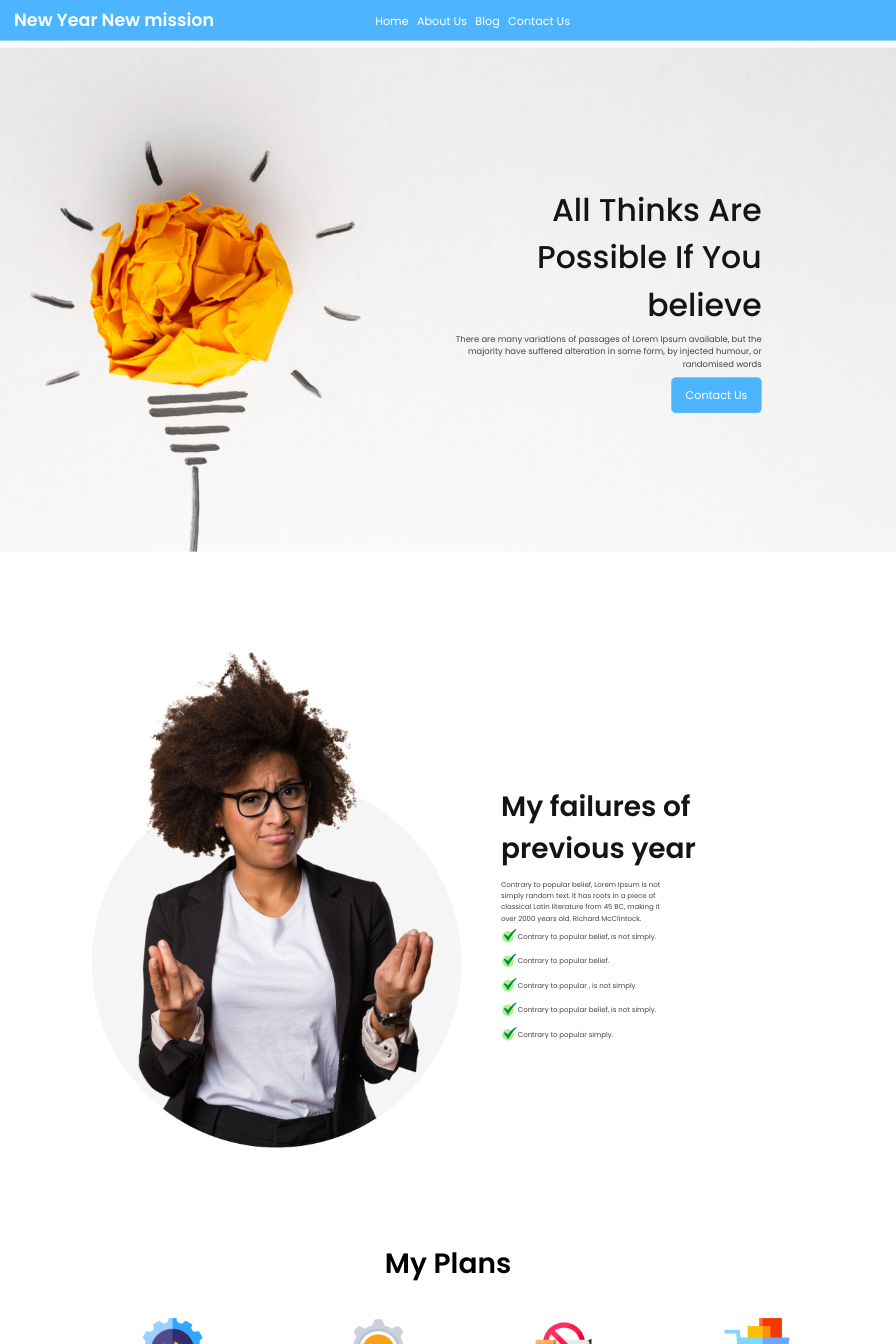
Repository: mdrubel02/new-year-new-mission
Page: index.html
These files come from the project's save history. The page is drawn as it stood at one moment and after the next save; the edit follows.
The browser window is 1280 px wide. The pictures show the part of the page from y = 0 to 1920 px (the page is 3948 px tall before and 4429 px after), at 70% of full size.

Above is the page before, as saved 2023-01-07 02:59:26.

### index.html
<!DOCTYPE html>
<html lang="en">

<head>
    <meta charset="UTF-8">
    <meta http-equiv="X-UA-Compatible" content="IE=edge">
    <meta name="viewport" content="width=device-width, initial-scale=1.0">
    <title>new-year-new-mission</title>
    <!-------- css link ---------->
    <link rel="stylesheet" href="/index.css">
</head>

<body>
    <header>
        <!---------------- navbar section----------- -->
        <nav class="navbar_section">
            <div class="bran_name">
                <h3>New Year New mission</h3>
            </div>
            <ul class="navbar_items">
                <li class="item"><span>Home</span></li>
                <li class="item"><span>About Us</span></li>
                <li class="item"><span>Blog</span></li>
                <li class="item"><span>Contact Us</span></li>
            </ul>
        </nav>
        <!--------- banner section --------->
        <section class="banner_section ">
            <div class="banner">
                <h1>All Thinks Are Possible If You believe</h1>
                <p>There are many variations of passages of Lorem Ipsum available, but the majority have suffered
                    alteration in some form, by injected humour, or randomised words</p>
                <a href="" class="btn btn-primary">Contact Us</a>
            </div>
        </section>
    </header>
    <!------------------ experience section---------------- -->
    <section class="container">
        <div class="experience_section">
            <div class="experience_left">
                <img src="./images/person.png" alt="">
            </div>
            <div class="experience_right">
                <h1>My failures of previous year</h1>
                <p>Contrary to popular belief, Lorem Ipsum is not simply random text. It has roots in a piece of
                    classical Latin literature from 45 BC, making it over 2000 years old. Richard McClintock.</p>
                <ul>
                    <li class="experience-item"><span><img src="/images/check-mark.png" alt=""></span>
                        <p>Contrary to popular belief, is not simply.</p>
                    </li>
                    <li class="experience-item"><span><img src="/images/check-mark.png" alt=""></span>
                        <p>Contrary to popular belief.</p>
                    </li>
                    <li class="experience-item"><span><img src="/images/check-mark.png" alt=""></span>
                        <p>Contrary to popular , is not simply.</p>
                    </li>
                    <li class="experience-item"><span><img src="/images/check-mark.png" alt=""></span>
                        <p>Contrary to popular belief, is not simply.</p>
                    </li>
                    <li class="experience-item"><span><img src="/images/check-mark.png" alt=""></span>
                        <p>Contrary to popular simply.</p>
                    </li>
                </ul>
            </div>
        </div>

    </section>
    <!---------------- my plans section-------------->
    <section class="container">
        <h1 class="title">My Plans</h1>
        <div class="my_plans_section">
            <div class="my_plans_items">
                <img src="/images/icons/web.png" alt="">
                <h2>Web Development</h2>
                <p>I want to start</p>
            </div>
            <div class="my_plans_items">
                <img src="/images/icons/js.png" alt="">
                <h2>Javascript</h2>
                <p>I want to learn</p>
            </div>
            <div class="my_plans_items">
                <img src="/images/icons/smoke.png" alt="">
                <h2>Smoking Habit</h2>
                <p>I want to end</p>
            </div>
            <div class="my_plans_items">
                <img src="/images/icons/ecom.png" alt="">
                <h2>ecommerce</h2>
                <p>I want to develop</p>
            </div>
        </div>

    </section>
    <!------------- activity section --------------->
    <section class="container">
        <div class="activity_section">
            <div class="activity_content">
                <h1>Awlays keep a positive mindset</h1>
                <a href="" class="btn btn-primary">Call Now</a>
            </div>
        </div>
    </section>
    <!-----contact section--------------->
    <section class="container">
        <h1 class="contact_title">Contact Us</h1>
        <div class="contact_section">
            <div class="contact_left">
                <img class="contact_img" src="./images/contact.jpg" alt="">
            </div>
            <div class="contact_right">
                <form>
                    <input type="text" name='name' placeholder='Your Full Name' required />
                    <input type="email" name='email' placeholder='Your Email' required />
                    <input type="text" name='subjects' placeholder='Your Subjects' required />
                    <textarea name='message' rows="7" placeholder='Your Message' required></textarea>
                    <button type='submit' class='btn btn-primary'>Send Message</button>
                </form>
            </div>
        </div>
    </section>
    <!------ footer section ----------->
    <footer class="footer">
        <section class="container">
            <div class="footer_content">
                <div class="footer_left">
                    <h1>Future</h1>
                    <p>There are many variations of passages of Lorem Ipsum available, but the majority have suffered
                        alteration in some form, by injected humour, or randomised words</p>
                    <p>Email : info@gmail.com</p>
                    <p>Phone : 01500 00 00 00</p>
                    <div class="footer_icon">
                        <span></span>
                    </div>
                </div>
                <div class="footer_right">
                    <h1>Subscribe</h1>
                    <input class="footer_input" type="text" placeholder="Enter Your Email">
                    <a href="" class="btn btn-primary">Subscribe</a>
                </div>
            </div>
        </section>
    </footer>
</body>

</html>

### index.css
/* =====GOOGLE FONTS====== */
@import url('https://fonts.googleapis.com/css2?family=Poppins:wght@300;400;500;600&display=swap');

/* =====COMMON STYLES====== */
* {
    margin: 0;
    padding: 0;
    border: 0;
    outline: 0;
    list-style: none;
    text-decoration: none;
}

body {
    font-family: 'Poppins', sans-serif;
}

h1,
h2,
h3,
h4,
h5,
h6 {
    font-weight: 500;
}

.container {
    max-width: 1200px;
    margin: 0 auto;
    margin-top: 10%;
    margin-bottom: 10%;
    padding: 0 30px;
    box-sizing: border-box;
}

a {
    color: #fff;
    transition: all 400ms ease;
}

a:hover {
    color: #fff;
}

.btn {
    text-align: center;
    width: max-content;
    display: inline-block;
    color: #fff;
    padding: 0.75rem 1.2rem;
    border-radius: 0.4rem;
    border: 1px solid #4db5ff;
    transition: all 400ms ease;
}

.btn:hover {
    background: #fff;
    color: #4db5ff;
    border: 1px solid #4db5ff;
}

.btn-primary {
    background: #4db5ff;
    color: #fff;
}

/* =========navbar style=============== */
.navbar_section {
    display: flex;
    justify-content: flex-start;
    align-items: center;
    padding: 10px;
    background-color:#4db5ff ;
    margin-bottom: 10px;
}
.bran_name{
    width: 40%;
    margin-left: 10px;
}
.bran_name h3{
    color: #FFFFFF;
    font-size: 25px;
    font-weight: 700;
}
.navbar_items {
    display: flex;
    justify-content: space-between;
    align-items: center;
}
.item{
    padding-left: 12px;
}
.item span{
    color: #FFFFFF;
}

/* ========= Banner section ============== */
.banner_section {
    background-image: url(/images/banner/banner1.png);
    background-repeat: no-repeat;
    background-size: cover;
    background-position: center center;
    height: 100vh;
    width: 100%;
    position: relative;
    z-index: 1;
    display: flex;
    flex-direction: column;
    justify-content: center;
    align-items: flex-end;
    text-align: center;
}

.banner {
    width: 35%;
    margin-top: -0%;
    position: absolute;
    right: 15%;
    display: flex;
    flex-direction: column;
    justify-content: end;
    align-items: flex-end;
}

.banner h1 {
    font-size: 45px;
    color: #151414;
    text-align: end;
}

.banner p {
    color: #444343;
    font-size: 12px;
    text-align: end;
    padding-top: 5px;
    padding-bottom: 10px;
}


/* =========== experience section ================== */
.experience_section {
    display: flex;
    justify-content: space-evenly;
    align-items: center;
}

.experience_right {
    width: 40%;
    margin-top: 5%;
}

.experience_right h1 {
    font-weight: 700;
    font-size: 40px;
    padding-bottom: 10px;
    color: #151414;
}

.experience_right p {
    width: 50%;
    font-size: 10px;
    color: #444343;
    padding-top: 5px;
    padding-bottom: 5px;
}

.experience-item {
    display: flex;
    padding-bottom: 4px;
}

.experience-item span img {
    height: 24px;
    width: 24px;
}

/* ================= my plans section================ */
.title {
    text-align: center;
    font-size: 40px;
    font-weight: 700;
    margin-bottom: 3rem;
}

.my_plans_section {
    display: flex;
    justify-content: space-around;
    align-items: center;
}

.my_plans_items {
    display: flex;
    flex-direction: column;
    justify-content: center;
    align-items: center;
}

.my_plans_items h2 {
    font-size: 30px;
    font-weight: 700;
    color: #151414;
}

.my_plans_items p {
    font-weight: 500;
    font-size: 16px;
    color: #737272;
}

/* ============= activity section========= */
.activity_section {
    background-image: url(/images/watch.png);
    background-repeat: no-repeat;
    background-size: cover;
    background-position: center center;
    height: 300px;
    width: 100%;
    position: relative;
    z-index: 1;
    display: flex;
    flex-direction: column;
    justify-content: flex-start;
    align-items: flex-start;
    text-align: start;
    border-radius: 8px;
}

.activity_section::after {
    content: "";
    position: absolute;
    top: 0;
    left: 0;
    width: 100%;
    height: 100%;
    opacity: .7;
    z-index: -5;
    background: linear-gradient(90deg, #afb818 0%, rgba(241, 91, 34, 0) 100%);
}

.activity_content {
    padding: 50px;
}

.activity_content h1 {
    width: 470px;
    font-size: 40px;
    font-weight: 700;
    padding-bottom: 10px;
    color: #FFFFFF;
}

/* ======== contact style =========== */
.contact_title {
    color: #121212;
    font-weight: 700;
    font-size: 45px;
    line-height: 54px;
    text-align: center;
    margin-bottom: 5%;
}

.contact_section {
    display: flex;
    justify-content: space-around;
    align-items: center;
}

.contact_left {}

.contact_img {
    height: 600px;
    height: 500px;
}

.contact_right {
    width: 30%;
}

form {
    display: flex;
    flex-direction: column;
    gap: 1.2rem;
}

input,
textarea {
    width: 100%;
    padding: 1.5rem;
    border-radius: 0.5rem;
    background: transparent;
    border: 2px solid #4db5ff;
    resize: none;
    color: var(--color-white);
}

/*============== footer section style============= */
.footer {
    background-color: #151414;
    height: 500px;
}

.footer_content {
    display: flex;
    justify-content: space-around;
    align-items: center;
    margin-top: 20%;
}

.footer_left {
    margin-top: 12%;
}

.footer_left h1 {
    font-size: 45px;
    font-weight: 700;
    color: #F8F8F8;
}

.footer_left p {
    font-weight: 400;
    width: 400px;
    font-size: 12px;
    line-height: 26px;
    padding-bottom: 7px;
    color: #FFFFFF;
}

.footer_right {
    margin-top: 5%;
    display: flex;
    flex-direction: column;
}

.footer_right h1 {
    font-size: 45px;
    font-weight: 700;
    color: #F8F8F8;
}

.footer_input {
    margin-bottom: 10px;
}

.footer_input::placeholder {
    color: #FFFFFF;
}

After the next save:
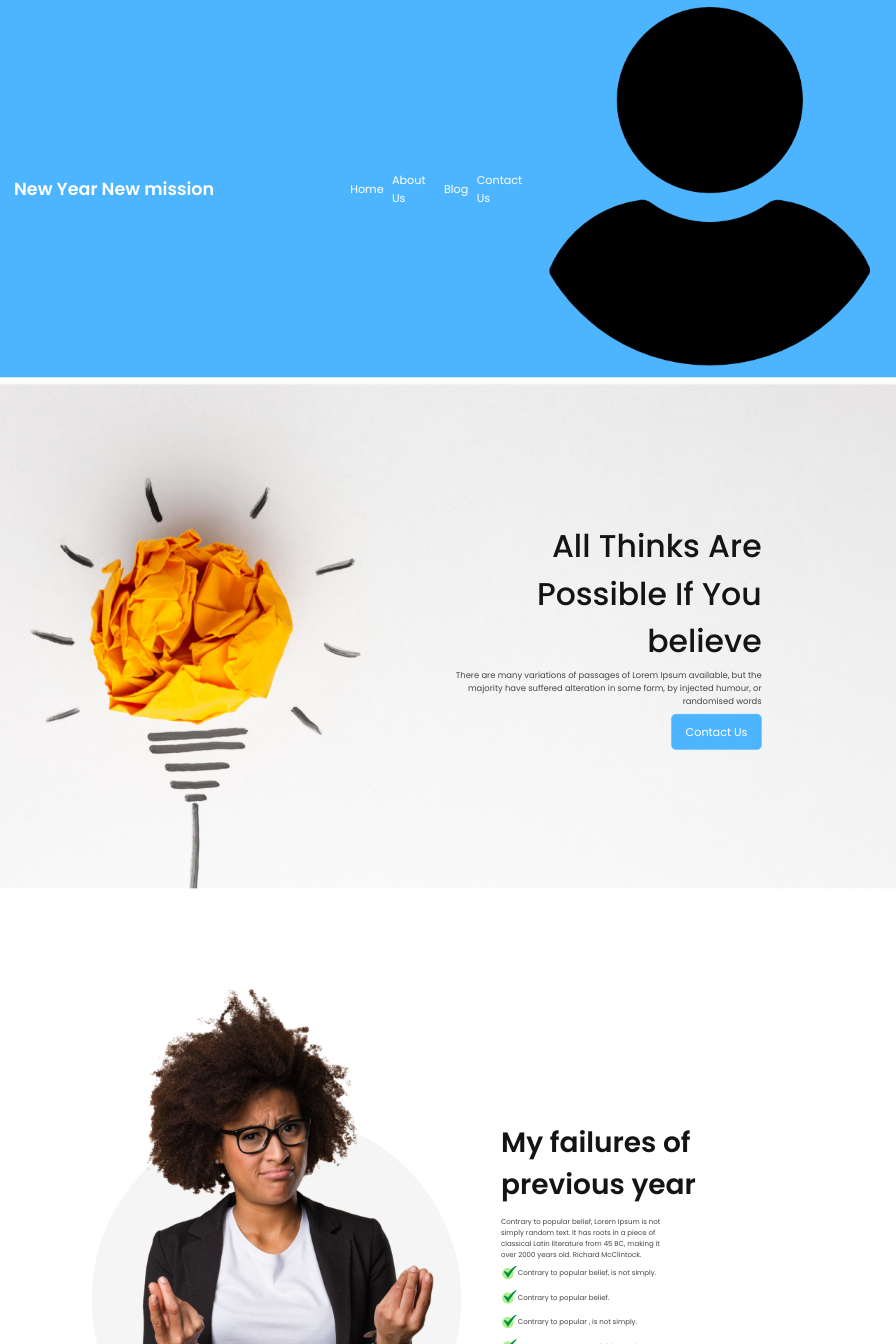
Saved 2 min 55 s later.
--- a/index.html
+++ b/index.html
@@ -23,6 +23,9 @@
                 <li class="item"><span>Blog</span></li>
                 <li class="item"><span>Contact Us</span></li>
             </ul>
+            <div class="navbar_icon">
+                <img src="./images/user.png" alt="">
+            </div>
         </nav>
         <!--------- banner section --------->
         <section class="banner_section ">
